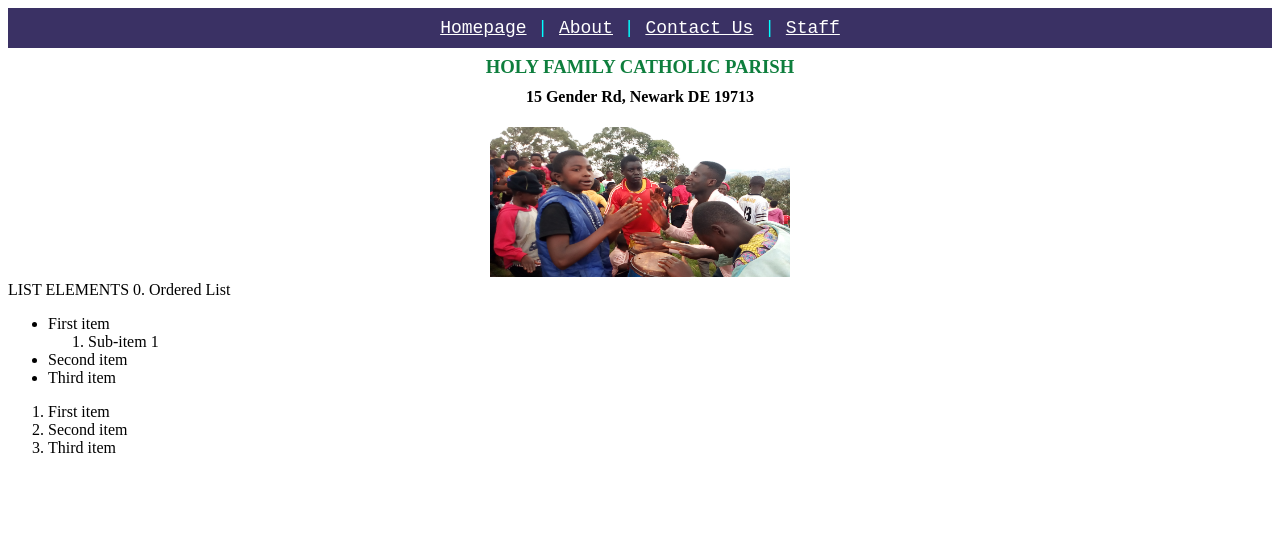
Repository: ficotims/HTML-RESTART
Page: Homepage.html
These files come from the project's save history. The page is drawn as it stood at one moment and after the next save; the edit follows.
The browser window is 1280 px wide. The pictures show the whole page.

Above is the page before, as saved 2026-02-10 17:13:39.

After the next save:
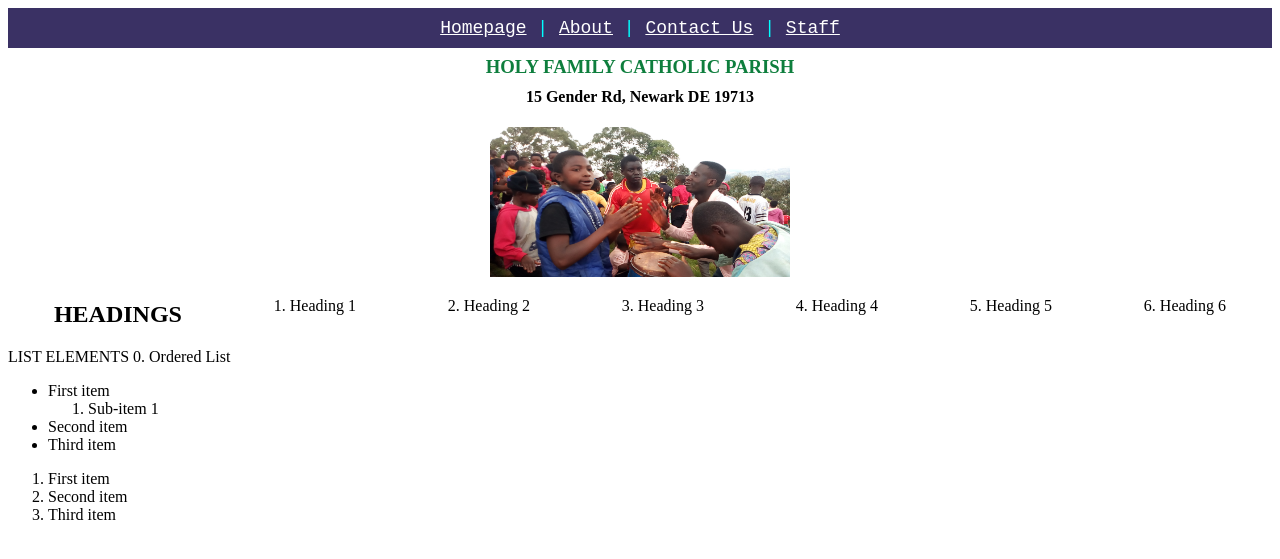
Saved 46 s later.
--- a/Homepage.html
+++ b/Homepage.html
@@ -26,6 +26,15 @@
       />
       </div>
 
+      <section class="container">
+        <h2>HEADINGS</h2>
+        <p>1. Heading 1</p>
+        <p>2. Heading 2</p>
+        <p>3. Heading 3</p>
+        <p>4. Heading 4</p>
+        <p>5. Heading 5</p>
+        <p>6. Heading 6</p>
+      </section>
     <!-- this is LIST -->
 <hi2>LIST ELEMENTS</h2>
 
